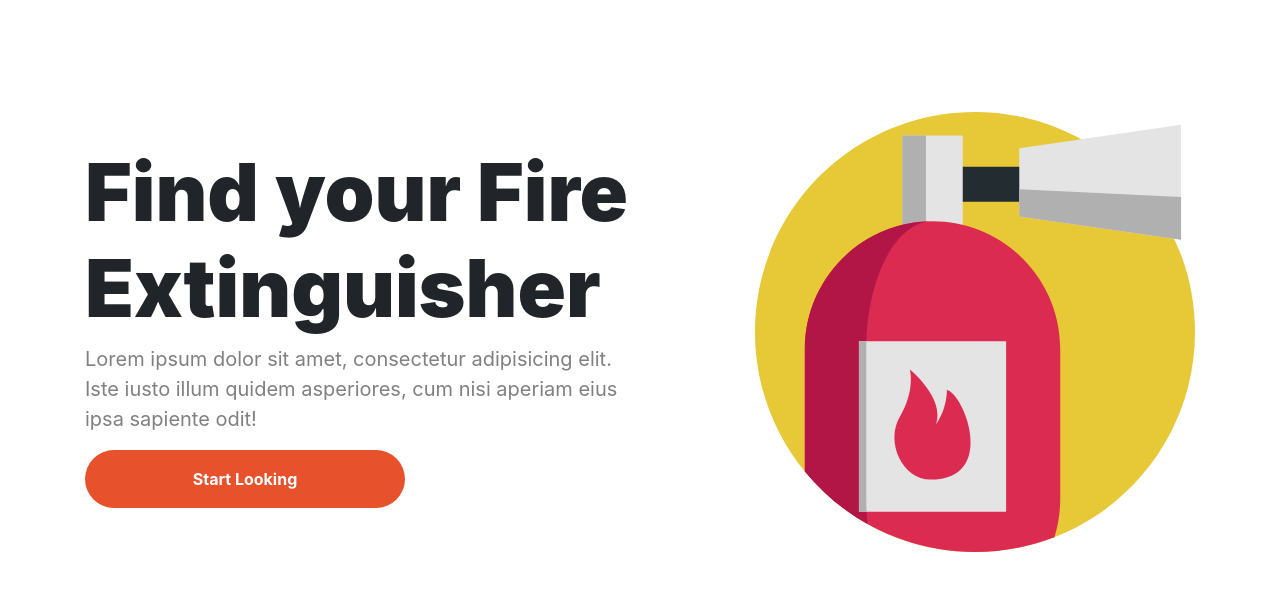
Repository: tomas938/Nuxt-crash-app
Page: /
The author's editor kept a copy of each file at every save. The page is drawn from the files as they stood at one save, then again after the next save.
The browser window is 1280 px wide. The pictures show the whole page.
The project was rebuilt for these pictures with package versions that can differ from the ones it lists, and the page was loaded fresh each time. The framework's server and built-in components were replaced by stand-ins that run in the browser. Also part of the build but not shown: nuxt.config.js.

Above is the page before, as saved 2021-08-29 12:05:18.

After the next save:
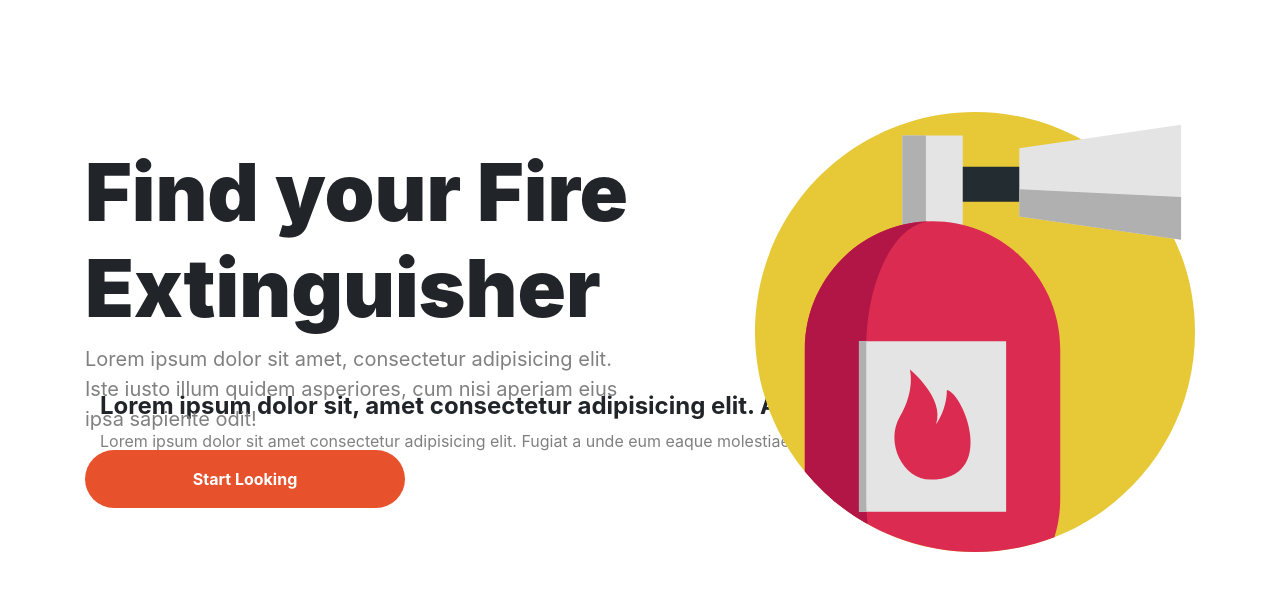
Saved 36 s later.
--- a/pages/index.vue
+++ b/pages/index.vue
@@ -1,6 +1,7 @@
 <template>
   <div class="container">
     <Hero></Hero>
+    <LargeCardDisplay></LargeCardDisplay>
   </div>
 </template>
 
